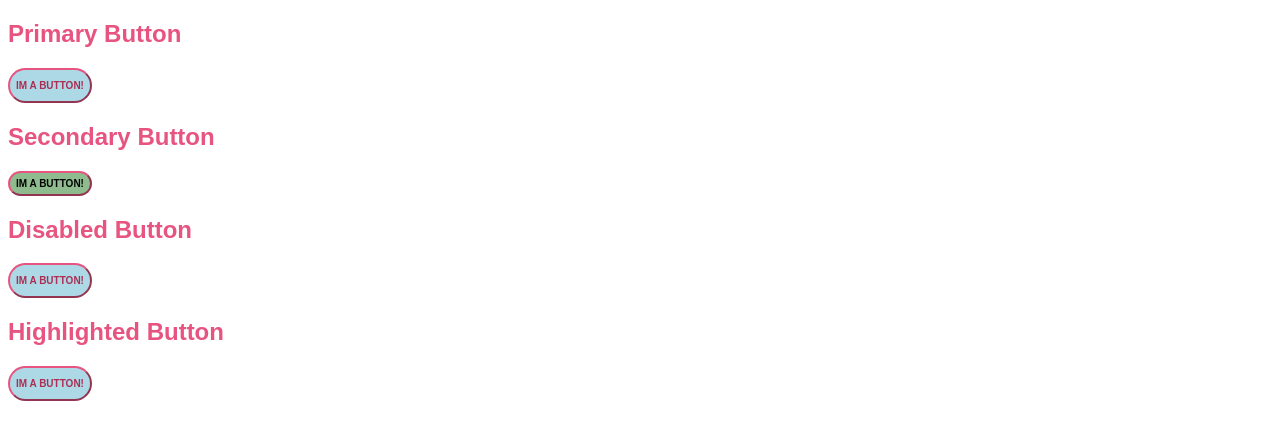
Repository: Jvien2/3126-repo
Page: index.html
The author's editor kept a copy of each file at every save. The page is drawn from the files as they stood at one save, then again after the next save.
The browser window is 1280 px wide. The pictures show the whole page.

Above is the page before, as saved 2026-10-01 01:15:07.
Not found: code.js

After the next save:
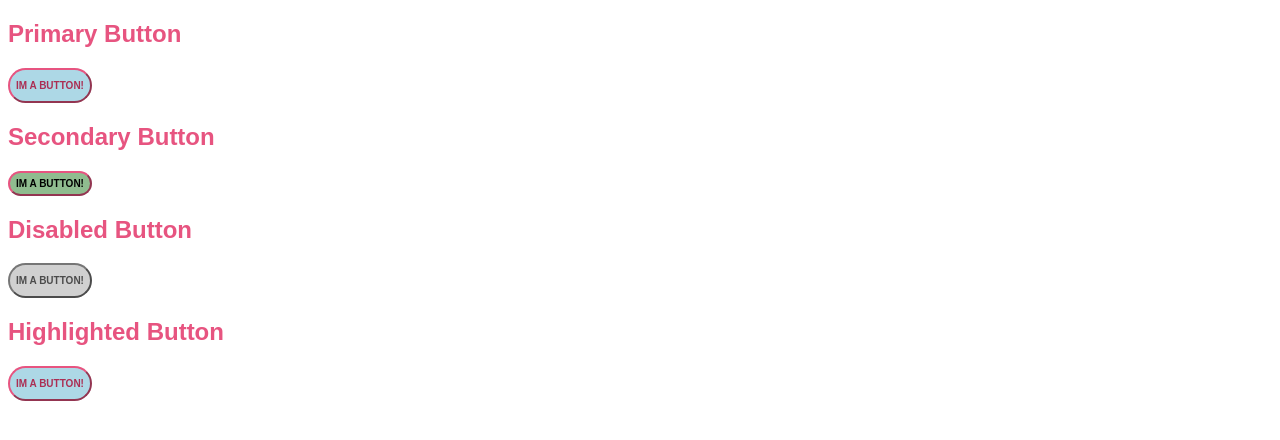
Saved 51 s later.
--- a/style.css
+++ b/style.css
@@ -30,4 +30,5 @@ h2 {
 .btn-disabled {
     pointer-events: none;
     cursor: not-allowed;
+    filter: grayscale()
 }
